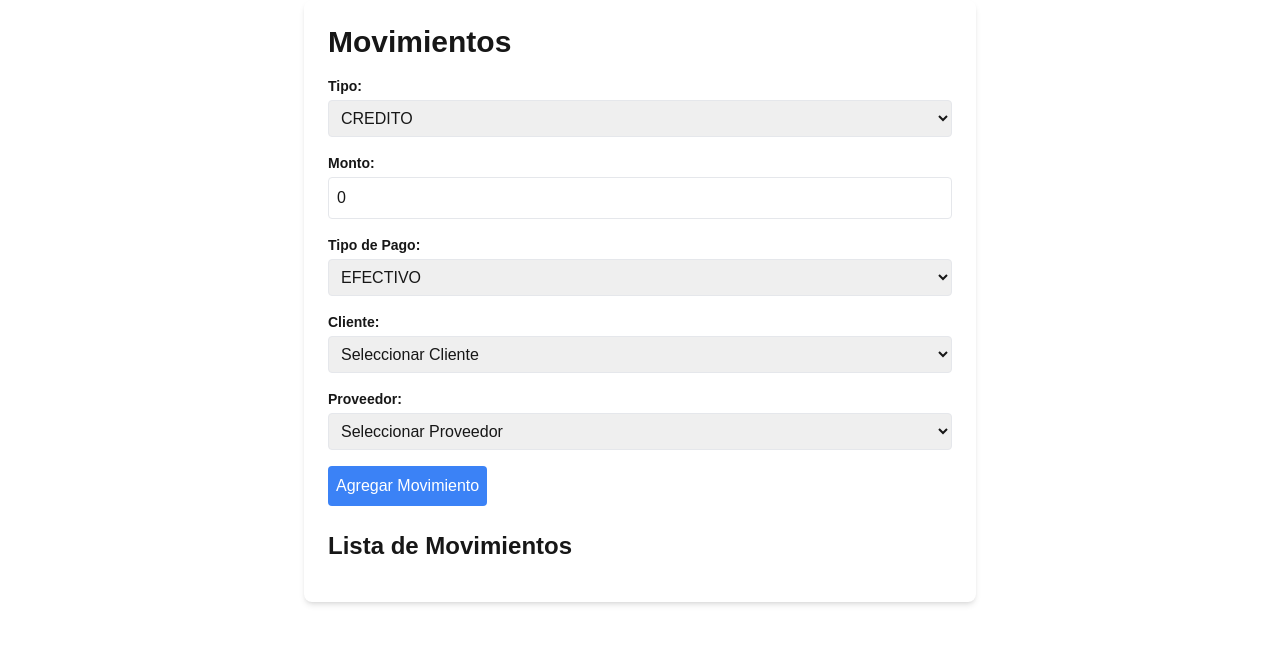
Repository: manucavallera/Sistema-Gestion
Page: /movimientos
The author's editor kept a copy of each file at every save. The page is drawn from the files as they stood at one save, then again after a run of saves.
The browser window is 1280 px wide. The pictures show the whole page.
The page's requests for data from a server got no answer. The project was rebuilt for these pictures with package versions that can differ from the ones it lists, and the page was loaded fresh each time. The framework's server and built-in components were replaced by stand-ins that run in the browser. No one was signed in, and anything a server would have sent is missing. Also part of the build but not shown: next.config.mjs.

Above is the page before, as saved 2024-11-22 10:43:24.

### src/app/movimientos/page.tsx
"use client";
import { useEffect, useState } from "react";

interface Movimiento {
  id: number;
  tipo: string; // "CREDITO" o "DEBITO"
  monto: number;
  estado: string; // "PENDIENTE", "COMPLETADO", "CANCELADO"
  tipoPago: string; // "EFECTIVO", "TARJETA", etc.
  clienteId: number | null;
  proveedorId: number | null;
}

interface Cliente {
  id: number;
  razonSocial: string;
  saldo: number; // para manejar el debe/haber
}

interface Proveedor {
  id: number;
  razonSocial: string;
  saldo: number; // para manejar el debe/haber
}

const MovimientosPage = () => {
  const [movimientos, setMovimientos] = useState<Movimiento[]>([]);
  const [clientes, setClientes] = useState<Cliente[]>([]);
  const [proveedores, setProveedores] = useState<Proveedor[]>([]);
  const [formData, setFormData] = useState<Movimiento>({
    id: 0,
    tipo: "CREDITO",
    monto: 0,
    estado: "PENDIENTE",
    tipoPago: "EFECTIVO",
    clienteId: null,
    proveedorId: null,
  });
  const [isEditing, setIsEditing] = useState(false);

  const fetchData = async () => {
    try {
      const [movimientosResponse, clientesResponse, proveedoresResponse] =
        await Promise.all([
          fetch("/api/movimientos"),
          fetch("/api/clientes"),
          fetch("/api/proveedores"),
        ]);
      const [movimientosData, clientesData, proveedoresData] =
        await Promise.all([
          movimientosResponse.json(),
          clientesResponse.json(),
          proveedoresResponse.json(),
        ]);
      setMovimientos(movimientosData);
      setClientes(clientesData);
      setProveedores(proveedoresData);
    } catch (error) {
      console.error("Error al obtener datos:", error);
    }
  };

  useEffect(() => {
    fetchData(); // Cargar datos al inicio
  }, []);

  const handleChange = (
    e: React.ChangeEvent<HTMLInputElement | HTMLSelectElement>
  ) => {
    const { name, value } = e.target;
    setFormData((prev) => ({
      ...prev,
      [name]: name === "monto" ? Number(value) : value,
    }));
  };

  const handleSubmit = async (e: React.FormEvent) => {
    e.preventDefault();
    const method = isEditing ? "PATCH" : "POST";
    const url = isEditing
      ? `/api/movimientos/${formData.id}`
      : "/api/movimientos";

    const response = await fetch(url, {
      method,
      headers: {
        "Content-Type": "application/json",
      },
      body: JSON.stringify(formData),
    });

    if (response.ok) {
      // Actualizar el saldo de cliente o proveedor
      if (formData.clienteId) {
        const cliente = clientes.find((c) => c.id === formData.clienteId);
        if (cliente) {
          if (formData.tipo === "CREDITO") {
            cliente.saldo += formData.monto;
          } else {
            cliente.saldo -= formData.monto;
          }
        }
      }

      if (formData.proveedorId) {
        const proveedor = proveedores.find(
          (p) => p.id === formData.proveedorId
        );
        if (proveedor) {
          if (formData.tipo === "CREDITO") {
            proveedor.saldo += formData.monto;
          } else {
            proveedor.saldo -= formData.monto;
          }
        }
      }

      setFormData({
        id: 0,
        tipo: "CREDITO",
        monto: 0,
        estado: "PENDIENTE",
        tipoPago: "EFECTIVO",
        clienteId: null,
        proveedorId: null,
      });
      setIsEditing(false);
      fetchData(); // Actualizar la lista de movimientos
    } else {
      const errorData = await response.json();
      console.error("Error:", errorData.error);
    }
  };

  const handleEdit = (movimiento: Movimiento) => {
    setFormData(movimiento);
    setIsEditing(true);
  };

  const handleDelete = async (id: number) => {
    const response = await fetch(`/api/movimientos/${id}`, {
      method: "DELETE",
    });
    if (response.ok) {
      const movimiento = movimientos.find((m) => m.id === id);
      if (movimiento) {
        if (movimiento.clienteId) {
          const cliente = clientes.find((c) => c.id === movimiento.clienteId);
          if (cliente) {
            if (movimiento.tipo === "CREDITO") {
              cliente.saldo -= movimiento.monto;
            } else {
              cliente.saldo += movimiento.monto;
            }
          }
        }

        if (movimiento.proveedorId) {
          const proveedor = proveedores.find(
            (p) => p.id === movimiento.proveedorId
          );
          if (proveedor) {
            if (movimiento.tipo === "CREDITO") {
              proveedor.saldo -= movimiento.monto;
            } else {
              proveedor.saldo += movimiento.monto;
            }
          }
        }
      }
      fetchData(); // Actualizar la lista de movimientos
    } else {
      const errorData = await response.json();
      console.error("Error al eliminar el movimiento:", errorData.error);
    }
  };

  const cambiarEstadoMovimiento = async (id: number, nuevoEstado: string) => {
    const response = await fetch(`/api/movimientos/${id}`, {
      method: "PATCH",
      headers: {
        "Content-Type": "application/json",
      },
      body: JSON.stringify({ estado: nuevoEstado }),
    });
    if (response.ok) {
      const movimiento = movimientos.find((m) => m.id === id);
      if (movimiento) {
        if (movimiento.clienteId) {
          const cliente = clientes.find((c) => c.id === movimiento.clienteId);
          if (cliente) {
            if (nuevoEstado === "COMPLETADO") {
              if (movimiento.tipo === "CREDITO") {
                cliente.saldo += movimiento.monto;
              } else {
                cliente.saldo -= movimiento.monto;
              }
            } else if (nuevoEstado === "CANCELADO") {
              if (movimiento.tipo === "CREDITO") {
                cliente.saldo -= movimiento.monto;
              } else {
                cliente.saldo += movimiento.monto;
              }
            }
          }
        }

        if (movimiento.proveedorId) {
          const proveedor = proveedores.find(
            (p) => p.id === movimiento.proveedorId
          );
          if (proveedor) {
            if (nuevoEstado === "COMPLETADO") {
              if (movimiento.tipo === "CREDITO") {
                proveedor.saldo += movimiento.monto;
              } else {
                proveedor.saldo -= movimiento.monto;
              }
            } else if (nuevoEstado === "CANCELADO") {
              if (movimiento.tipo === "CREDITO") {
                proveedor.saldo -= movimiento.monto;
              } else {
                proveedor.saldo += movimiento.monto;
              }
            }
          }
        }
      }
      fetchData(); // Actualizar la lista de movimientos
    } else {
      const errorData = await response.json();
      console.error("Error al actualizar el estado:", errorData.error);
    }
  };

  return (
    <div className='max-w-2xl mx-auto p-6 bg-white rounded-lg shadow-md'>
      <h1 className='text-3xl font-bold mb-4'>Movimientos</h1>
      <form onSubmit={handleSubmit} className='space-y-4'>
        <div>
          <label className='block text-sm font-bold mb-1'>Tipo:</label>
          <select
            name='tipo'
            value={formData.tipo}
            onChange={handleChange}
            className='border rounded p-2 w-full'
          >
            <option value='CREDITO'>CREDITO</option>
            <option value='DEBITO'>DEBITO</option>
          </select>
        </div>
        <div>
          <label className='block text-sm font-bold mb-1'>Monto:</label>
          <input
            type='number'
            name='monto'
            value={formData.monto}
            onChange={handleChange}
            className='border rounded p-2 w-full'
            required
          />
        </div>
        <div>
          <label className='block text-sm font-bold mb-1'>Tipo de Pago:</label>
          <select
            name='tipoPago'
            value={formData.tipoPago}
            onChange={handleChange}
            className='border rounded p-2 w-full'
          >
            <option value='EFECTIVO'>EFECTIVO</option>
            <option value='TARJETA'>TARJETA</option>
          </select>
        </div>
        <div>
          <label className='block text-sm font-bold mb-1'>Cliente:</label>
          <select
            name='clienteId'
            value={formData.clienteId || ""}
            onChange={handleChange}
            className='border rounded p-2 w-full'
          >
            <option value=''>Seleccionar Cliente</option>
            {clientes.map((cliente) => (
              <option key={cliente.id} value={cliente.id}>
                {cliente.razonSocial}
              </option>
            ))}
          </select>
        </div>
        <div>
          <label className='block text-sm font-bold mb-1'>Proveedor:</label>
          <select
            name='proveedorId'
            value={formData.proveedorId || ""}
            onChange={handleChange}
            className='border rounded p-2 w-full'
          >
            <option value=''>Seleccionar Proveedor</option>
            {proveedores.map((proveedor) => (
              <option key={proveedor.id} value={proveedor.id}>
                {proveedor.razonSocial}
              </option>
            ))}
          </select>
        </div>
        <button type='submit' className='bg-blue-500 text-white rounded p-2'>
          {isEditing ? "Guardar Cambios" : "Agregar Movimiento"}
        </button>
      </form>

      <h2 className='text-2xl font-bold mt-6'>Lista de Movimientos</h2>
      <ul className='mt-4'>
        {movimientos.map((movimiento) => (
          <li
            key={movimiento.id}
            className='flex justify-between items-center border-b py-2'
          >
            <span>
              {movimiento.tipo} - {movimiento.monto} - {movimiento.estado} -{" "}
              {clientes.find((c) => c.id === movimiento.clienteId)
                ?.razonSocial ||
                proveedores.find((p) => p.id === movimiento.proveedorId)
                  ?.razonSocial ||
                "N/A"}
            </span>
            <div className='flex space-x-2'>
              <button
                onClick={() => handleDelete(movimiento.id)}
                className='text-red-500'
              >
                Eliminar
              </button>
              <button
                onClick={() => handleEdit(movimiento)}
                className='text-blue-500'
              >
                Editar
              </button>{" "}
              <select
                value={movimiento.estado}
                onChange={(e) =>
                  cambiarEstadoMovimiento(movimiento.id, e.target.value)
                }
                className='border rounded p-1'
              >
                <option value='PENDIENTE'>PENDIENTE</option>
                <option value='COMPLETADO'>COMPLETADO</option>
                <option value='CANCELADO'>CANCELADO</option>
              </select>
            </div>
          </li>
        ))}
      </ul>
    </div>
  );
};

export default MovimientosPage;

Loaded but not shown: src/app/layout.tsx (common file); src/app/globals.css (common file); tailwind.config.ts (common file)

After the next 2 saves:
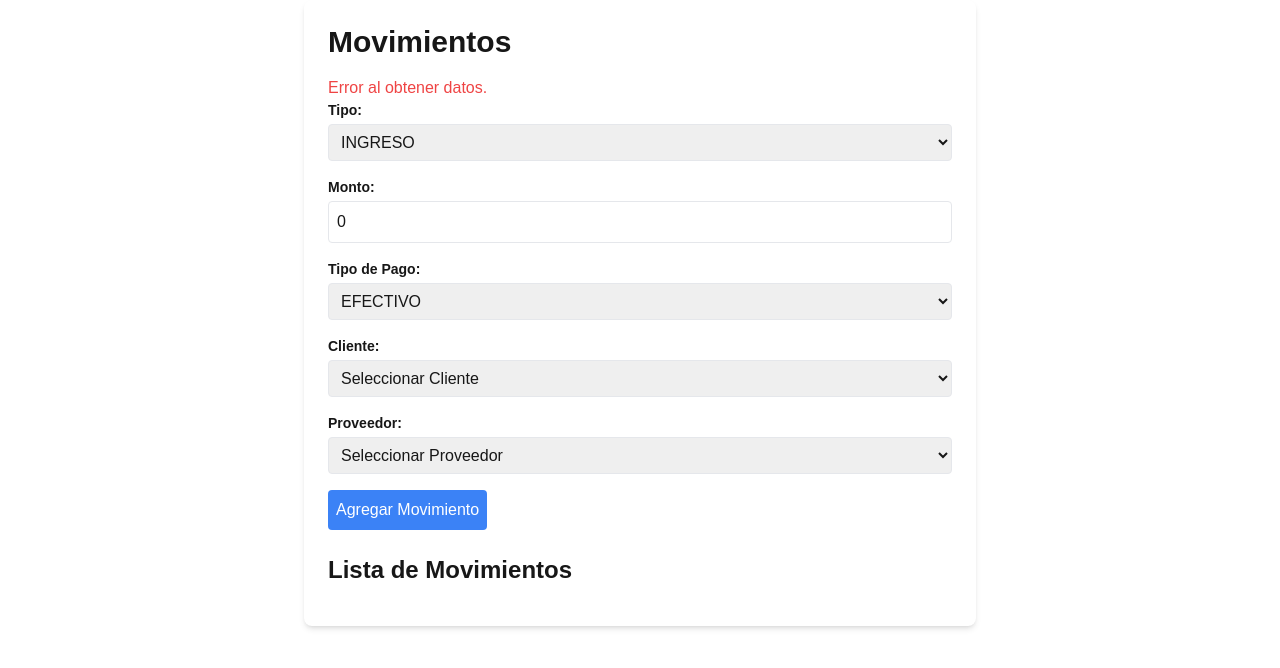
The 2 saves are shown as one change because 1 did not build or start.
The last was saved 2 min 20 s later.
--- a/src/app/movimientos/page.tsx
+++ b/src/app/movimientos/page.tsx
@@ -3,7 +3,7 @@ import { useEffect, useState } from "react";
 
 interface Movimiento {
   id: number;
-  tipo: string; // "CREDITO" o "DEBITO"
+  tipo: string; // "INGRESO" o "EGRESO"
   monto: number;
   estado: string; // "PENDIENTE", "COMPLETADO", "CANCELADO"
   tipoPago: string; // "EFECTIVO", "TARJETA", etc.
@@ -29,7 +29,7 @@ const MovimientosPage = () => {
   const [proveedores, setProveedores] = useState<Proveedor[]>([]);
   const [formData, setFormData] = useState<Movimiento>({
     id: 0,
-    tipo: "CREDITO",
+    tipo: "INGRESO",
     monto: 0,
     estado: "PENDIENTE",
     tipoPago: "EFECTIVO",
@@ -37,6 +37,7 @@ const MovimientosPage = () => {
     proveedorId: null,
   });
   const [isEditing, setIsEditing] = useState(false);
+  const [error, setError] = useState<string | null>(null); // Manejo de errores
 
   const fetchData = async () => {
     try {
@@ -57,6 +58,7 @@ const MovimientosPage = () => {
       setProveedores(proveedoresData);
     } catch (error) {
       console.error("Error al obtener datos:", error);
+      setError("Error al obtener datos."); // Mostrar error
     }
   };
 
@@ -76,25 +78,34 @@ const MovimientosPage = () => {
 
   const handleSubmit = async (e: React.FormEvent) => {
     e.preventDefault();
+    if (formData.monto <= 0) {
+      setError("El monto debe ser un número positivo."); // Validación de monto
+      return;
+    }
     const method = isEditing ? "PATCH" : "POST";
     const url = isEditing
       ? `/api/movimientos/${formData.id}`
       : "/api/movimientos";
 
-    const response = await fetch(url, {
-      method,
-      headers: {
-        "Content-Type": "application/json",
-      },
-      body: JSON.stringify(formData),
-    });
-
-    if (response.ok) {
+    try {
+      const response = await fetch(url, {
+        method,
+        headers: {
+          "Content-Type": "application/json",
+        },
+        body: JSON.stringify(formData),
+      });
+
+      if (!response.ok) {
+        const errorData = await response.json();
+        throw new Error(errorData.error);
+      }
+
       // Actualizar el saldo de cliente o proveedor
       if (formData.clienteId) {
         const cliente = clientes.find((c) => c.id === formData.clienteId);
         if (cliente) {
-          if (formData.tipo === "CREDITO") {
+          if (formData.tipo === "INGRESO") {
             cliente.saldo += formData.monto;
           } else {
             cliente.saldo -= formData.monto;
@@ -107,7 +118,7 @@ const MovimientosPage = () => {
           (p) => p.id === formData.proveedorId
         );
         if (proveedor) {
-          if (formData.tipo === "CREDITO") {
+          if (formData.tipo === "INGRESO") {
             proveedor.saldo += formData.monto;
           } else {
             proveedor.saldo -= formData.monto;
@@ -117,7 +128,7 @@ const MovimientosPage = () => {
 
       setFormData({
         id: 0,
-        tipo: "CREDITO",
+        tipo: "INGRESO",
         monto: 0,
         estado: "PENDIENTE",
         tipoPago: "EFECTIVO",
@@ -126,9 +137,9 @@ const MovimientosPage = () => {
       });
       setIsEditing(false);
       fetchData(); // Actualizar la lista de movimientos
-    } else {
-      const errorData = await response.json();
-      console.error("Error:", errorData.error);
+    } catch (error) {
+      console.error("Error:", error);
+      setError("Error al guardar el movimiento."); // Mostrar error
     }
   };
 
@@ -147,7 +158,7 @@ const MovimientosPage = () => {
         if (movimiento.clienteId) {
           const cliente = clientes.find((c) => c.id === movimiento.clienteId);
           if (cliente) {
-            if (movimiento.tipo === "CREDITO") {
+            if (movimiento.tipo === "INGRESO") {
               cliente.saldo -= movimiento.monto;
             } else {
               cliente.saldo += movimiento.monto;
@@ -160,7 +171,7 @@ const MovimientosPage = () => {
             (p) => p.id === movimiento.proveedorId
           );
           if (proveedor) {
-            if (movimiento.tipo === "CREDITO") {
+            if (movimiento.tipo === "INGRESO") {
               proveedor.saldo -= movimiento.monto;
             } else {
               proveedor.saldo += movimiento.monto;
@@ -190,13 +201,13 @@ const MovimientosPage = () => {
           const cliente = clientes.find((c) => c.id === movimiento.clienteId);
           if (cliente) {
             if (nuevoEstado === "COMPLETADO") {
-              if (movimiento.tipo === "CREDITO") {
+              if (movimiento.tipo === "INGRESO") {
                 cliente.saldo += movimiento.monto;
               } else {
                 cliente.saldo -= movimiento.monto;
               }
             } else if (nuevoEstado === "CANCELADO") {
-              if (movimiento.tipo === "CREDITO") {
+              if (movimiento.tipo === "INGRESO") {
                 cliente.saldo -= movimiento.monto;
               } else {
                 cliente.saldo += movimiento.monto;
@@ -211,13 +222,13 @@ const MovimientosPage = () => {
           );
           if (proveedor) {
             if (nuevoEstado === "COMPLETADO") {
-              if (movimiento.tipo === "CREDITO") {
+              if (movimiento.tipo === "INGRESO") {
                 proveedor.saldo += movimiento.monto;
               } else {
                 proveedor.saldo -= movimiento.monto;
               }
             } else if (nuevoEstado === "CANCELADO") {
-              if (movimiento.tipo === "CREDITO") {
+              if (movimiento.tipo === "INGRESO") {
                 proveedor.saldo -= movimiento.monto;
               } else {
                 proveedor.saldo += movimiento.monto;
@@ -236,6 +247,8 @@ const MovimientosPage = () => {
   return (
     <div className='max-w-2xl mx-auto p-6 bg-white rounded-lg shadow-md'>
       <h1 className='text-3xl font-bold mb-4'>Movimientos</h1>
+      {error && <div className='text-red-500'>{error}</div>}{" "}
+      {/* Mostrar errores */}
       <form onSubmit={handleSubmit} className='space-y-4'>
         <div>
           <label className='block text-sm font-bold mb-1'>Tipo:</label>
@@ -245,8 +258,8 @@ const MovimientosPage = () => {
             onChange={handleChange}
             className='border rounded p-2 w-full'
           >
-            <option value='CREDITO'>CREDITO</option>
-            <option value='DEBITO'>DEBITO</option>
+            <option value='INGRESO'>INGRESO</option>
+            <option value='EGRESO'>EGRESO</option>
           </select>
         </div>
         <div>
@@ -255,7 +268,8 @@ const MovimientosPage = () => {
             type='number'
             name='monto'
             value={formData.monto}
-            onChange={handleChange}
+            on
+            Change={handleChange}
             className='border rounded p-2 w-full'
             required
           />
@@ -308,7 +322,6 @@ const MovimientosPage = () => {
           {isEditing ? "Guardar Cambios" : "Agregar Movimiento"}
         </button>
       </form>
-
       <h2 className='text-2xl font-bold mt-6'>Lista de Movimientos</h2>
       <ul className='mt-4'>
         {movimientos.map((movimiento) => (
@@ -336,7 +349,7 @@ const MovimientosPage = () => {
                 className='text-blue-500'
               >
                 Editar
-              </button>{" "}
+              </button>
               <select
                 value={movimiento.estado}
                 onChange={(e) =>
